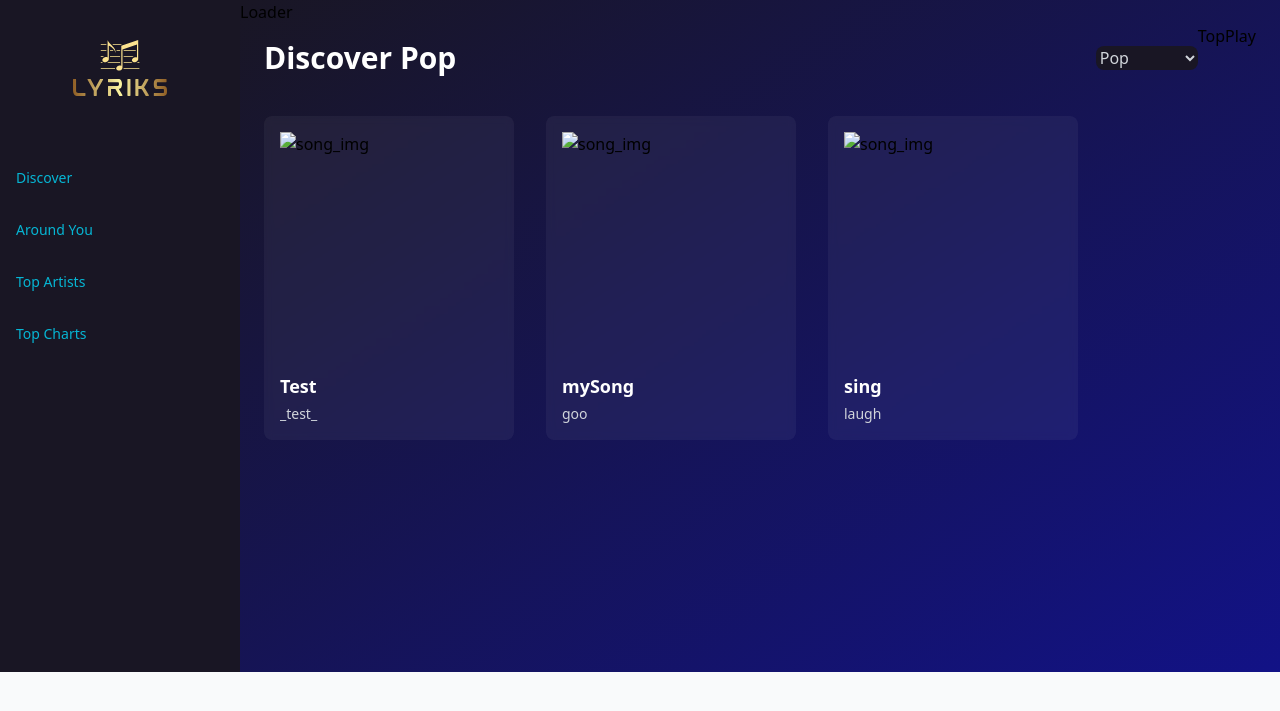
Repository: Chris24T/Dotify
Page: /
The author's editor kept a copy of each file at every save. The page is drawn from the files as they stood at one save, then again after the next save.
The browser window is 1280 px wide. The pictures show the whole page.
The project was rebuilt for these pictures with package versions that can differ from the ones it lists, and the page was loaded fresh each time. Also part of the build but not shown: vite.config.js, src/components/ArtistCard.jsx, src/components/DetailsHeader.jsx, src/components/SongBar.jsx, src/components/RelatedSongs.jsx, src/components/MusicPlayer/Controls.jsx, src/components/MusicPlayer/Player.jsx, src/components/MusicPlayer/Seekbar.jsx and 11 more.

Above is the page before, as saved 2022-12-04 19:58:43.

After the next save:
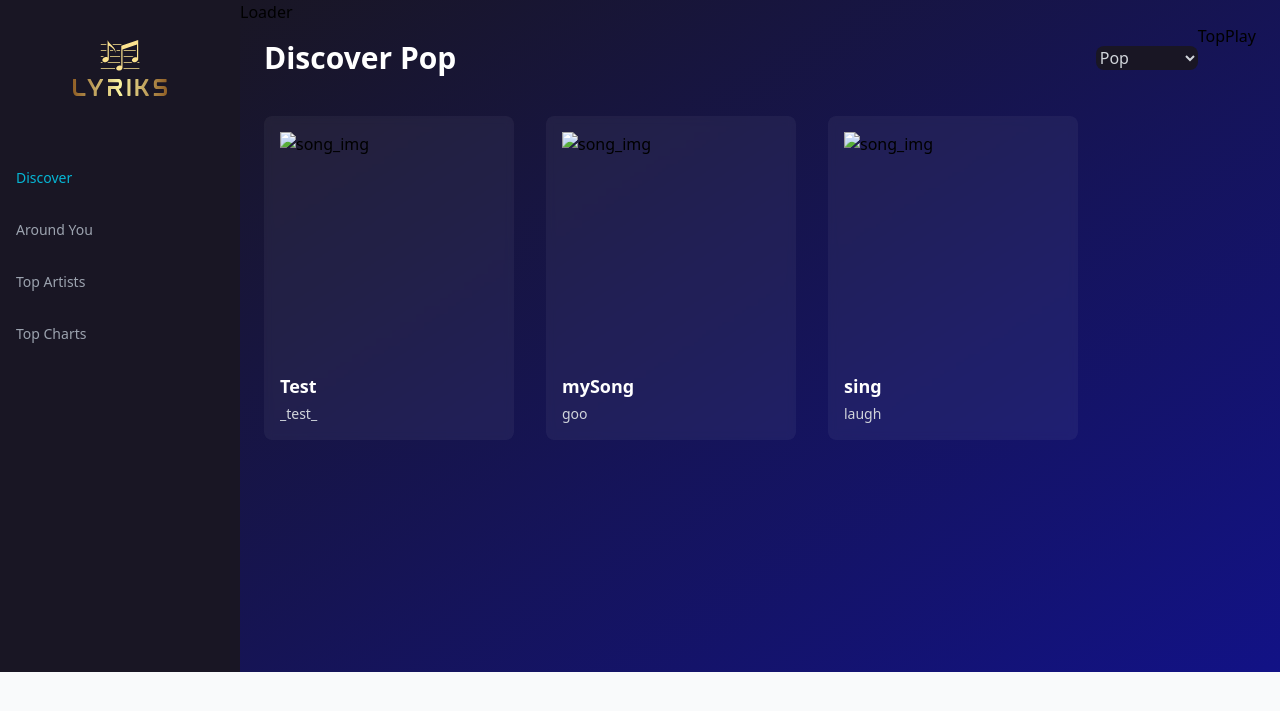
Saved 10 s later.
--- a/src/components/Sidebar.jsx
+++ b/src/components/Sidebar.jsx
@@ -10,6 +10,7 @@ const NavLinks = () => (
     {links.map((item) => (
       <NavLink
         key={item.name}
+        to={item.to}
         className={
           'flex flex-row justify-start items-center my-8 text-sm font-medium text-gray-400 hover:text-cyan-400'
         }
